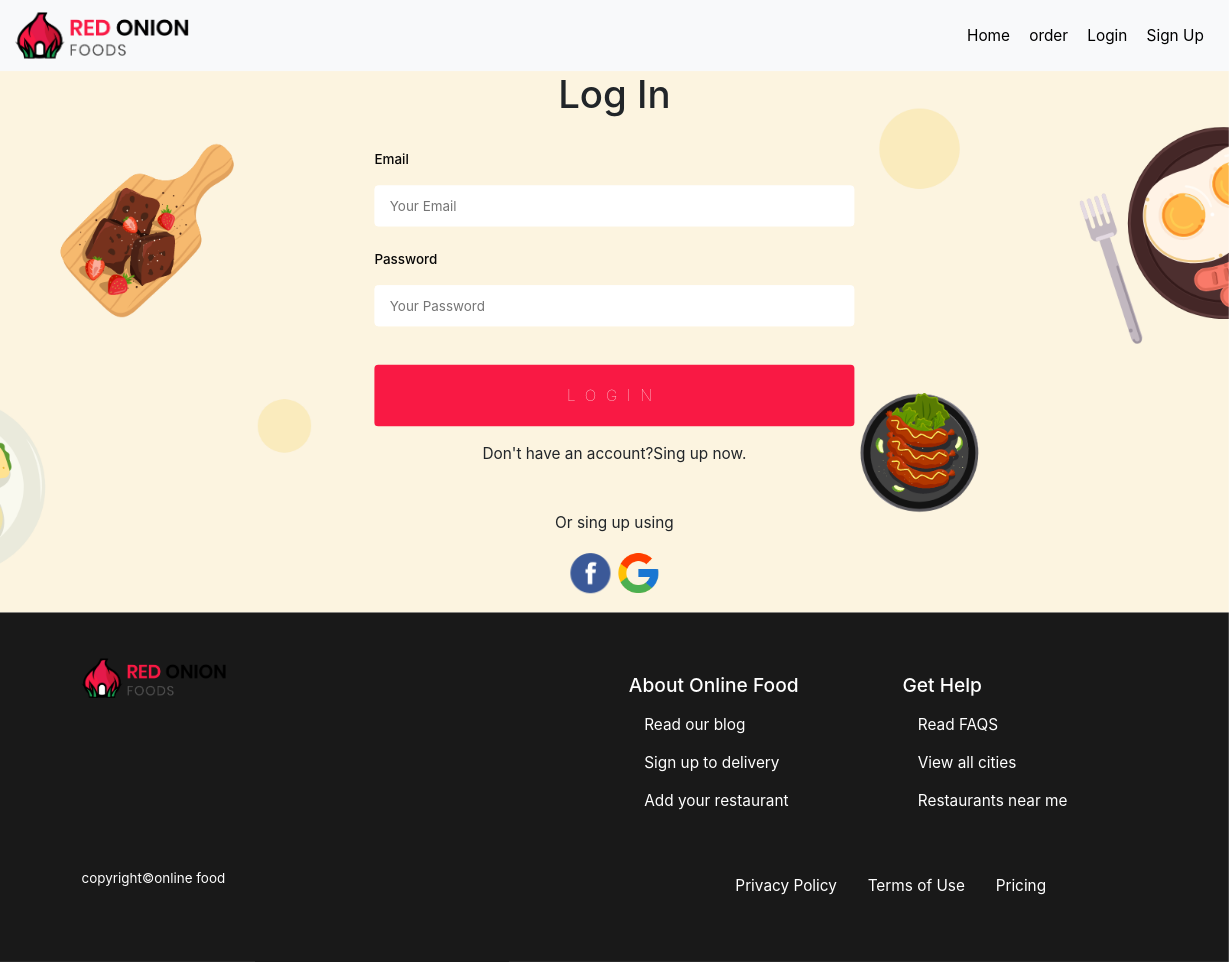
Repository: arif286/red-onion-client
Page: /signUp, after clicking the first element matching `span`
An editor plug-in stored every save of this project. The page is shown before and after the next save, followed by the edit.
The browser window is 1280 px wide. The pictures show the whole page, at 96% of full size.
The project was rebuilt for these pictures with package versions that can differ from the ones it lists, and the page was loaded fresh each time. Some packages were replaced by stand-ins written for this rebuild. Also part of the build but not shown: src/App.css, src/components/CheckOut/CheckOut.css, src/components/CheckOut/CheckOutForm/CheckOutFrom.js, src/components/CheckOut/CheckOut.js, src/components/SearchBar/SearchBar.css, src/components/SearchBar/SearchBar.js, src/components/FoodDetails/FoodDetail.css, src/components/FoodDetails/FoodDetail.js and 6 more. Imported but missing from the stored project, and not drawn on this page: src/components/CheckOut/Map/Map.

Above is the page before, as saved 2021-04-07 03:03:06.

### public/index.html
<!DOCTYPE html>
<html lang="en">
  <head>
    <meta charset="utf-8" />
    <link rel="icon" href="%PUBLIC_URL%/favicon.ico" />
    <meta name="viewport" content="width=device-width, initial-scale=1" />
    <meta name="theme-color" content="#000000" />
    <meta
      name="description"
      content="Web site created using create-react-app"
    />
    <link rel="apple-touch-icon" href="%PUBLIC_URL%/logo192.png" />
    <!--
      manifest.json provides metadata used when your web app is installed on a
      user's mobile device or desktop. See https://developers.google.com/web/fundamentals/web-app-manifest/
    -->
    <link rel="manifest" href="%PUBLIC_URL%/manifest.json" />

    <!-- <link
      href="https://api.tiles.mapbox.com/mapbox-gl-js/v2.1.1/mapbox-gl.css"
      rel="stylesheet"
    /> -->
    <!--
      Notice the use of %PUBLIC_URL% in the tags above.
      It will be replaced with the URL of the `public` folder during the build.
      Only files inside the `public` folder can be referenced from the HTML.

      Unlike "/favicon.ico" or "favicon.ico", "%PUBLIC_URL%/favicon.ico" will
      work correctly both with client-side routing and a non-root public URL.
      Learn how to configure a non-root public URL by running `npm run build`.
    -->
    <title>Red Onion</title>
  </head>
  <body>
    <noscript>You need to enable JavaScript to run this app.</noscript>
    <div id="root"></div>
    <!--
      This HTML file is a template.
      If you open it directly in the browser, you will see an empty page.

      You can add webfonts, meta tags, or analytics to this file.
      The build step will place the bundled scripts into the <body> tag.

      To begin the development, run `npm start` or `yarn start`.
      To create a production bundle, use `npm run build` or `yarn build`.
    -->
  </body>
</html>

### src/App.js
import "bootstrap/dist/css/bootstrap.min.css";
import React, { createContext, useState } from "react";
import { BrowserRouter as Router, Route, Switch } from "react-router-dom";
import './App.css';
import CheckOut from "./components/CheckOut/CheckOut";
import Map from "./components/CheckOut/Map/Map";
import FoodDetail from "./components/FoodDetails/FoodDetail";
import Footer from "./components/Footer/Footer";
import Header from "./components/Header/Header";
import Home from './components/Home/Home';
import Login from "./components/LogIn/Login";
import Order from "./components/Order/Order";
import SingUp from "./components/SingUp/SingUp";


export const UserContext = createContext();
function App() {
  const [loggedInUser, setLoggedInUser] = useState({});
  return (
    <UserContext.Provider value={[loggedInUser, setLoggedInUser]}>
      <Router>
        <Header />
        <Switch>
          <Route path="/home">
            <Home />
          </Route>
          <Route path="/signUp">
            <SingUp />
          </Route>
          <Route path="/login">
            <Login />
          </Route>
          <Route path="/food/details/:foodId">
            <FoodDetail />
          </Route>
          <Route path='/checkOut'>
            <CheckOut/>
          </Route>
          <Route path='/order'>
            <Order/>
          </Route>
          <Route path='/map'>
            <Map/>
          </Route>
          <Route exact path="/">
            <Home/>
          </Route>
        </Switch>
        <Footer />
      </Router>
    </UserContext.Provider>
  );

}

export default App;

### src/components/Footer/Footer.js
import React from 'react';
import { NavLink } from 'react-bootstrap';
import Logo from '../../onion-restaurent/logo2.png';
import './Footer.css';

const Footer = () => {
    return (
      <footer>
        <div className="container">
          <div className="row pt-5">
            <div className="col-md-6 col-sm-12 pb-4">
              <img className="footer-img" src={Logo} alt="" />
            </div>
            <div className="col-md-3 col-sm-12 pb-4 mt-3">
              <h5 style={{color:'white'}}>About Online Food</h5>
              <ul className="nav flex-column">

                <li className="nav-item">
                  <NavLink className="nav-link footer-link" to="/">
                    Read our blog
                  </NavLink>
                </li>
                <li className="nav-item">
                  <NavLink className="nav-link footer-link" to="/">
                    Sign up to delivery
                  </NavLink>
                </li>
                <li className="nav-item">
                  <NavLink className="nav-link footer-link" to="/">
                    Add your restaurant
                  </NavLink>
                </li>
              </ul>
            </div>
            <div className="col-md-3 col-sm-12 pb-4 mt-3">
              <h5 style={{color:'white'}}>Get Help</h5>
              <ul className="nav flex-column">
                <li className="nav-item">
                  <NavLink className="nav-link footer-link" to="/">
                    Read FAQS
                  </NavLink>
                </li>
                <li className="nav-item">
                  <NavLink className="nav-link footer-link" to="/">
                    View all cities
                  </NavLink>
                </li>
                <li className="nav-item">
                  <NavLink className="nav-link footer-link" to="/">
                    Restaurants near me
                  </NavLink>
                </li>
              </ul>
            </div>
          </div>

          <div className="row align-items-center mt-4">
            <div className="col-md-7">
              <p className='copy-right'>
                <small>
                  copyright<span>&#169;</span>online food
                </small>
              </p>
            </div>
            <div className="col-md-5">
              <div className='d-flex'>
                <NavLink className="footer-link">Privacy Policy</NavLink>
                <NavLink className="footer-link">Terms of Use</NavLink>
                <NavLink className="footer-link">Pricing</NavLink>
              </div>
            </div>
          </div>
        </div>
      </footer>
    );
};

export default Footer;

### src/components/Header/Header.js
import React from 'react';
import { Nav, Navbar } from 'react-bootstrap';
import { NavLink } from 'react-router-dom';
// import { NavLink } from "react-router-dom";
import logo from '../../onion-restaurent/logo2.png';
import './Header.css';
const Header = () => {

    return (
      <div>
        <Navbar bg="light" expand="lg">
          <Navbar.Brand href="#home">
            <img
              src={logo}
              width="180"
              className="d-inline-block align-top"
              alt="React Bootstrap logo"
            />
          </Navbar.Brand>
          <Navbar.Toggle aria-controls="basic-navbar-nav" />
          <Navbar.Collapse id="basic-navbar-nav">
            <Nav className="ml-auto">
              <NavLink className="header-link" to="/home">
                Home
              </NavLink>
              <NavLink className="header-link" to="/order">
                order
              </NavLink>
              <NavLink className="header-link" to="/login">
                Login
              </NavLink>
              <NavLink className="header-link" to="/signUp">
                Sign Up
              </NavLink>
            </Nav>
          </Navbar.Collapse>
        </Navbar>
      </div>
    );
};

export default Header;

### src/components/LogIn/Login.js
import React, { useContext } from "react";
import { useForm } from "react-hook-form";
import { useHistory } from "react-router-dom";
import { UserContext } from "../../App";
import { initializeLoginFramework, logInWithEmailPassword } from "./LoginManager";


const Login = ({ handleToggleLogin }) => {
  const [loggedInUser, setLoggedInUser] = useContext(UserContext);

  let history = useHistory();
  const { register, handleSubmit, errors } = useForm();
  const onSubmit = (data) => {
    initializeLoginFramework();
    const { email, password } = data;
    logInWithEmailPassword(email, password)
      .then((res) => {
        setLoggedInUser(res);
        history.push("/home");
      })
      .catch((error) => {
        setLoggedInUser(error);
      });
  };

  return (
    <>
      <div className="container">
        <h1 className="form-header">Log In</h1>
        <form className="form-submit" onSubmit={handleSubmit(onSubmit)}>
          <label htmlFor="email">Email</label>
          <input
            defaultValue={loggedInUser?.email}
            name="email"
            placeholder="Your Email"
            type="email"
            ref={register({
              required: true,
              pattern: /^(([^<>()[\]\\.,;:\s@"]+(\.[^<>()[\]\\.,;:\s@"]+)*)|(".+"))@((\[[0-9]{1,3}\.[0-9]{1,3}\.[0-9]{1,3}\.[0-9]{1,3}\])|(([a-zA-Z\-0-9]+\.)+[a-zA-Z]{2,}))$/,
            })}
          />
          {errors.email && <p>Your email is invalid</p>}
          <label htmlFor="password">Password</label>
          <input
            defaultValue={loggedInUser?.password}
            name="password"
            placeholder="Your Password"
            type="password"
            ref={register({
              required: true,
              pattern: /^(?=.*\d)(?=.*[a-z])(?=.*[A-Z]).{6,20}$/,
            })}
          />
          {errors.password && (
            <p>
              password between 6 to 20 characters which contain one numeric
              digit, one uppercase and one lowercase letter.
            </p>
          )}
          <input type="submit" value="Login" />
        </form>
        {!setLoggedInUser.success && (
          <p className="text-center">{setLoggedInUser.error}</p>
        )}
        <div>
          <p className="text-center">
            Don't have an account?
            <span onClick={handleToggleLogin}>Sing up now.</span>
          </p>
        </div>
      </div>
    </>
  );
};

export default Login;

### src/components/SingUp/SingUp.js
import React, { useContext, useState } from 'react';
import { useForm } from "react-hook-form";
import { useHistory, useLocation } from 'react-router-dom';
import { UserContext } from '../../App';
import image from '../../onion-restaurent/bannerbackground.png';
import Login from '../LogIn/Login';
import { createAccountWithEmailPassword, initializeLoginFramework } from '../LogIn/LoginManager';
import WithoutLogin from '../LogIn/WithoutLogin';
import './SingUp.css';
const bgImage = {
  backgroundImage: `url(${image})`,
  backgroundRepeat: "no-repeat, repeat",
  backgroundSize: "cover",
    backgroundPosition: "bottom",
};

const SingUp = () => {
  const [loggedInUser, setLoggedInUser] = useContext(UserContext);

    const { register, handleSubmit, errors } = useForm();
  initializeLoginFramework();
    let history = useHistory();
  let location = useLocation();
  let { from } = location.state || { from: { pathname: "/" } };

    const onSubmit = (data) => {
        const { firstName, lastName, email, password } = data;
        const name = `${firstName} ${lastName}`
        createAccountWithEmailPassword(email, password, name)
          .then(res => {
            console.log(res)
            // console.log(res.displayName, res.email)
            setLoggedInUser(res);
            history.replace(from);
          })
          .catch(error => {
          console.log(error)
            setLoggedInUser(error);
        })
    };
  const [login, setLogin] = useState(false);
  const handleToggleLogin = () => {
    console.log('click me')
    setLogin(true)

  }
    return (
      <div style={bgImage}>
        <div className="container">
          {login ? (
            <Login handleToggleLogin={handleToggleLogin} />
          ) : (
            <div>
              <h1 className="form-header"> Create An Account</h1>
              <form className="form-submit" onSubmit={handleSubmit(onSubmit)}>
                <label htmlFor="firstName">First Name</label>
                <input
                  defaultValue=""
                  name="firstName"
                  placeholder="Your first name"
                  ref={register({
                    validate: (value) => value.length > 3,
                    required: true,
                  })}
                />
                {errors.firstName && (
                  <p>Your first name is less than 3 characters</p>
                )}

                <label htmlFor="lastName">Last Name</label>
                <input
                  defaultValue=""
                  name="lastName"
                  placeholder="Your last name"
                  ref={register({
                    validate: (value) => value.length > 2,
                    required: true,
                  })}
                />
                {errors.lastName && (
                  <p>Your last name is less than 2 characters</p>
                )}

                <label htmlFor="email">Email</label>
                <input
                  defaultValue=""
                  name="email"
                  placeholder="Your Email"
                  type="email"
                  ref={register({
                    required: true,
                    pattern: /^(([^<>()[\]\\.,;:\s@"]+(\.[^<>()[\]\\.,;:\s@"]+)*)|(".+"))@((\[[0-9]{1,3}\.[0-9]{1,3}\.[0-9]{1,3}\.[0-9]{1,3}\])|(([a-zA-Z\-0-9]+\.)+[a-zA-Z]{2,}))$/,
                  })}
                />
                {errors.email && <p>Your email is invalid</p>}

                <label htmlFor="password">Password</label>
                <input
                  defaultValue=""
                  name="password"
                  placeholder="Your Password"
                  type="password"
                  ref={register({
                    required: true,
                    pattern: /^(?=.*\d)(?=.*[a-z])(?=.*[A-Z]).{6,20}$/,
                  })}
                />
                {errors.password && (
                  <p>
                    password between 6 to 20 characters which contain one
                    numeric digit, one uppercase and one lowercase letter.
                  </p>
                )}
                <input type="submit" />
              </form>
              <p className="text-center mt-3">
                Have an account?
                <span onClick={() => handleToggleLogin()}>Login now.</span>
              </p>
            </div>
          )}
          <div>
            <WithoutLogin />
          </div>
        </div>
      </div>
    );
};

export default SingUp;

### src/components/Footer/Footer.css
.footer-img {
  width: 150px;
}
footer {
  background-color: #191919;
  padding-bottom: 60px;
}
.footer-link {
  color: white;
}
.footer-link:hover {
  color: #878787;
}
.copy-right {
  color: white;
}

### src/components/Header/Header.css
.header-link {
  color: black;
  display: inline-block;
  padding: 10px;
}
.header-link:hover {
  text-decoration: none;
  color: #777777;
}
.cart-btn {
  border: none;
  background: none;
}

### src/components/LogIn/LoginManager.js
import firebase from "firebase/app";
import "firebase/auth";
import firebaseConfig from "./firebase.config";


export const initializeLoginFramework = () => {
  if (firebase.apps.length === 0) {
    firebase.initializeApp(firebaseConfig);
  }
};

const provider = new firebase.auth.GoogleAuthProvider();

export const handleGoogleSingIn = () => {
    return firebase
      .auth()
      .signInWithPopup(provider)
      .then((result) => {

          const { displayName, email, phoneNumber, photoURL } = result.user;
          const signInUser = {
              isSignIn: true,
              name: displayName,
              email: email,
              phone: phoneNumber,
              photo: photoURL,
          };
          return signInUser;
      })
      .catch((error) => {
        // Handle Errors here.
        const signInUser = {
          isSignIn: false,
          name: '',
          email: '',
          password: '',
          phone: '',
          photo: '',
        }
        signInUser.error = error.message;
        return signInUser;
      });
}
export const logInWithEmailPassword = (email, password) => {
    return firebase
      .auth()
      .signInWithEmailAndPassword(email, password)
      .then(res => {
        const newUserInfo = res.user
        newUserInfo.error = '';
        newUserInfo.success = true;
        return newUserInfo;
          })
      .catch((error) => {
        const newUserInfo = {}
        newUserInfo.error = error.message;
        newUserInfo.success = false;
        console.log(error.message)
        return newUserInfo;
      });
}

export const createAccountWithEmailPassword = (email, password, name) => {
  return firebase
    .auth()
    .createUserWithEmailAndPassword(email, password)
    .then((res) => {
      const newUserInfo = res.user
      newUserInfo.error = '';
      newUserInfo.success = true;
      updateUserName(name);
      return newUserInfo;
    })
    .catch((error) => {
      console.log(error);
      const newUserInfo = {}
      newUserInfo.error = error.message;
      newUserInfo.success = false;
      return newUserInfo;
    });
};

const updateUserName = (name) => {
  const user = firebase.auth().currentUser;

  user
    .updateProfile({
      displayName: name,
    })
    .then(function () {
      // Update successful.
      console.log("user name update");
    })
    .catch(function (error) {
      // An error happened.
      console.log(error);
    });
};

const fbProvider = new firebase.auth.FacebookAuthProvider();

export const handleFacebookSignIn = () => {
   return firebase
    .auth()
    .signInWithPopup(fbProvider)
    .then((result) => {
      const { displayName, email, phoneNumber, photoURL } = result.user;
      const signInUser = {
        isSignIn: true,
        name: displayName,
        email: email,
        phone: phoneNumber,
        photo: photoURL,
      };
      return signInUser;
    })
     .catch((error) => {
      console.log(error);
      const signInUser = {
        isSignIn: false,
        name: "",
        email: "",
        password: "",
        phone: "",
        photo: "",
      };
      signInUser.error = error.message;
      return signInUser;
    });
}

### src/components/LogIn/WithoutLogin.js
import React, { useContext } from 'react';
import { useHistory, useLocation } from "react-router-dom";
import { UserContext } from '../../App';
import facebook from "../../onion-restaurent/ICON/Facebook.png";
import google from "../../onion-restaurent/ICON/Google.png";
import "./Login.css";
import {
    handleFacebookSignIn,
    handleGoogleSingIn,
    initializeLoginFramework
} from "./LoginManager";


const WithoutLogin = () => {
    const [loggedInUser, setLoggedInUser] = useContext(UserContext);
    const history = useHistory();
    const location = useLocation();
    const { from } = location.state || { from: { pathname: "/" } };

    initializeLoginFramework();

      const handleGoogleLogin = () => {
        handleGoogleSingIn().then((res) => {
          console.log(res);
          setLoggedInUser(res);
          history.replace(from);
        });
        console.log("click me");
    };

      const handleFacebookLogin = () => {
        handleFacebookSignIn()
          .then((res) => {
            setLoggedInUser(res);
          })
          .catch((error) => {
            setLoggedInUser(error);
          });
      };
    return (
      <div className="mt-5">
        <p className="text-center">Or sing up using</p>
        <div className="d-flex justify-content-center">
          <p className="icon">
            <img onClick={handleFacebookLogin} src={facebook} alt="" />
          </p>
          <p className="icon">
            <img onClick={handleGoogleLogin} src={google} alt="" />
          </p>
        </div>
      </div>
    );
};

export default WithoutLogin;

### src/components/SingUp/SingUp.css
.form-submit {
  max-width: 500px;
  margin: 0 auto;
}

.form-header {
  /* font-weight: 100; */
  text-align: center;
  padding-bottom: 10px;
}

.form {
  background: #0e101c;
  max-width: 400px;
  margin: 0 auto;
}

.form-submit p {
  color: #bf1650;
}

.form-submit p::before {
  display: inline;
  content: "⚠ ";
}

.form-submit input {
  display: block;
  box-sizing: border-box;
  width: 100%;
  border-radius: 4px;
  border: 1px solid white;
  padding: 10px 15px;
  margin-bottom: 10px;
  font-size: 14px;
}

.form-submit label {
  line-height: 2;
  text-align: left;
  display: block;
  margin-bottom: 13px;
  margin-top: 20px;
  color: #080707;
  font-size: 14px;
  font-weight: 500;
}

button[type="submit"],
.form-submit input[type="submit"] {
  background: #f91944;
  color: white;
  text-transform: uppercase;
  border: none;
  margin-top: 40px;
  padding: 20px;
  font-size: 16px;
  font-weight: 100;
  letter-spacing: 10px;
}

button[type="submit"]:hover,
.form-submit input[type="submit"]:hover {
  background: #ee1e47;
}

/* button[type="submit"]:active,
.form-submit input[type="button"]:active,
.form-submit input[type="submit"]:active {
  transition: 0.3s all;
  transform: translateY(3px);
  border: 1px solid transparent;
  opacity: 0.8;
}

.form-submit input:disabled {
  opacity: 0.4;
}

.form-submit input[type="button"]:hover {
  transition: 0.3s all;
}

button[type="submit"],
.form-submit input[type="button"],
.form-submit input[type="submit"] {
  -webkit-appearance: none;
}

.App {
  max-width: 600px;
  margin: 0 auto;
}

button[type="button"] {
  display: block;
  appearance: none;
  background: #333;
  color: white;
  border: none;
  text-transform: uppercase;
  padding: 10px 20px;
  border-radius: 4px;
}

pre {
  color: white;
}

hr {
  margin-top: 30px;
}

button {
  display: block;
  appearance: none;
  margin-top: 40px;
  border: 1px solid #333;
  margin-bottom: 20px;
  text-transform: uppercase;
  padding: 10px 20px;
  border-radius: 4px;
} */

### src/components/LogIn/firebase.config.js
const firebaseConfig = {
  apiKey: "AIzaSyBWzfoc-TsST_RbsttCqWiNlDbUF6bRq4I",
  authDomain: "red-onion-food-shop.firebaseapp.com",
  projectId: "red-onion-food-shop",
  storageBucket: "red-onion-food-shop.appspot.com",
  messagingSenderId: "577645791834",
  appId: "1:577645791834:web:0a8111144bda71c388e663",
};
export default firebaseConfig;

### src/components/LogIn/Login.css
.icon img {
  width: 50px;
}

Loaded but not shown: src/index.js (common file); src/index.css (common file); src/reportWebVitals.js (common file)

After the next save:
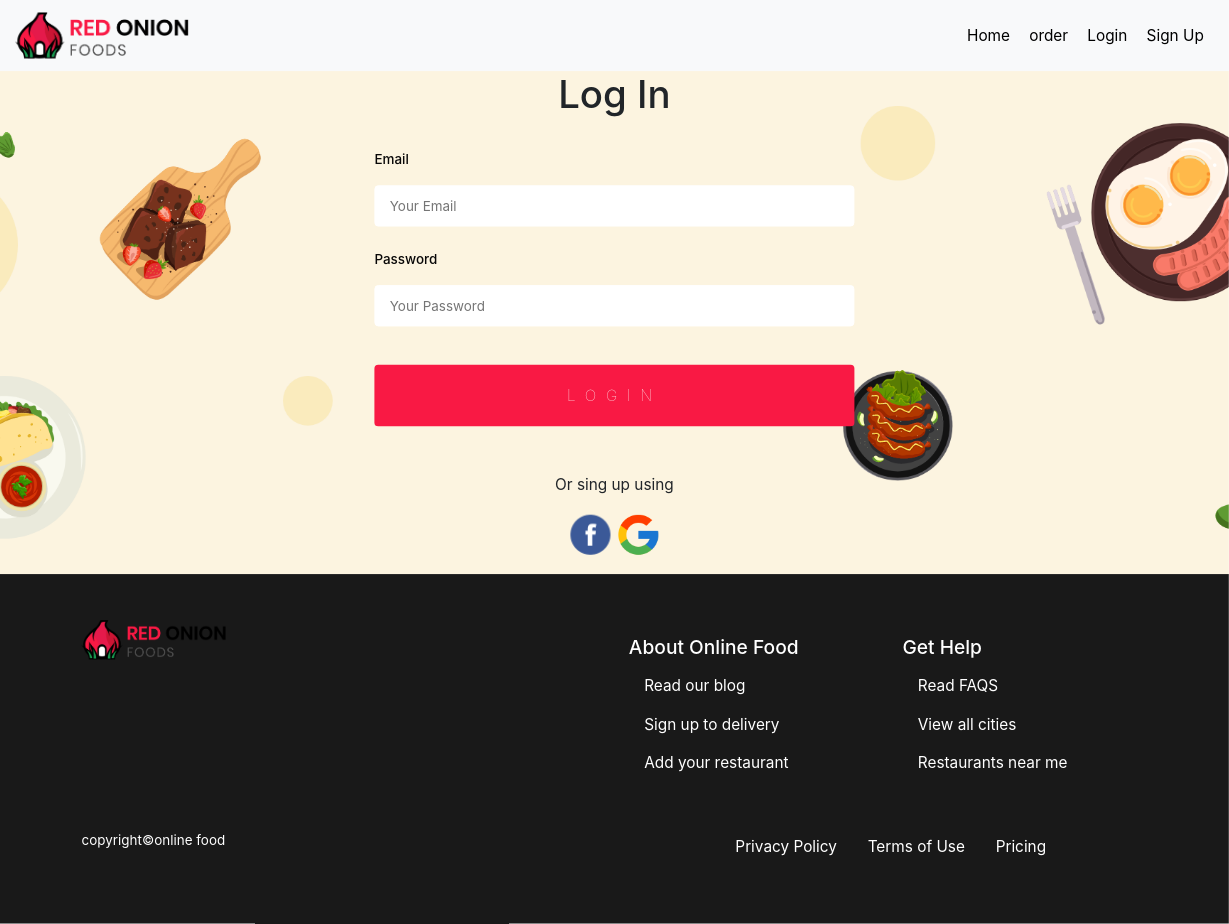
Saved 72 s later.
--- a/src/components/LogIn/Login.js
+++ b/src/components/LogIn/Login.js
@@ -62,12 +62,6 @@ const Login = ({ handleToggleLogin }) => {
         {!setLoggedInUser.success && (
           <p className="text-center">{setLoggedInUser.error}</p>
         )}
-        <div>
-          <p className="text-center">
-            Don't have an account?
-            <span onClick={handleToggleLogin}>Sing up now.</span>
-          </p>
-        </div>
       </div>
     </>
   );
